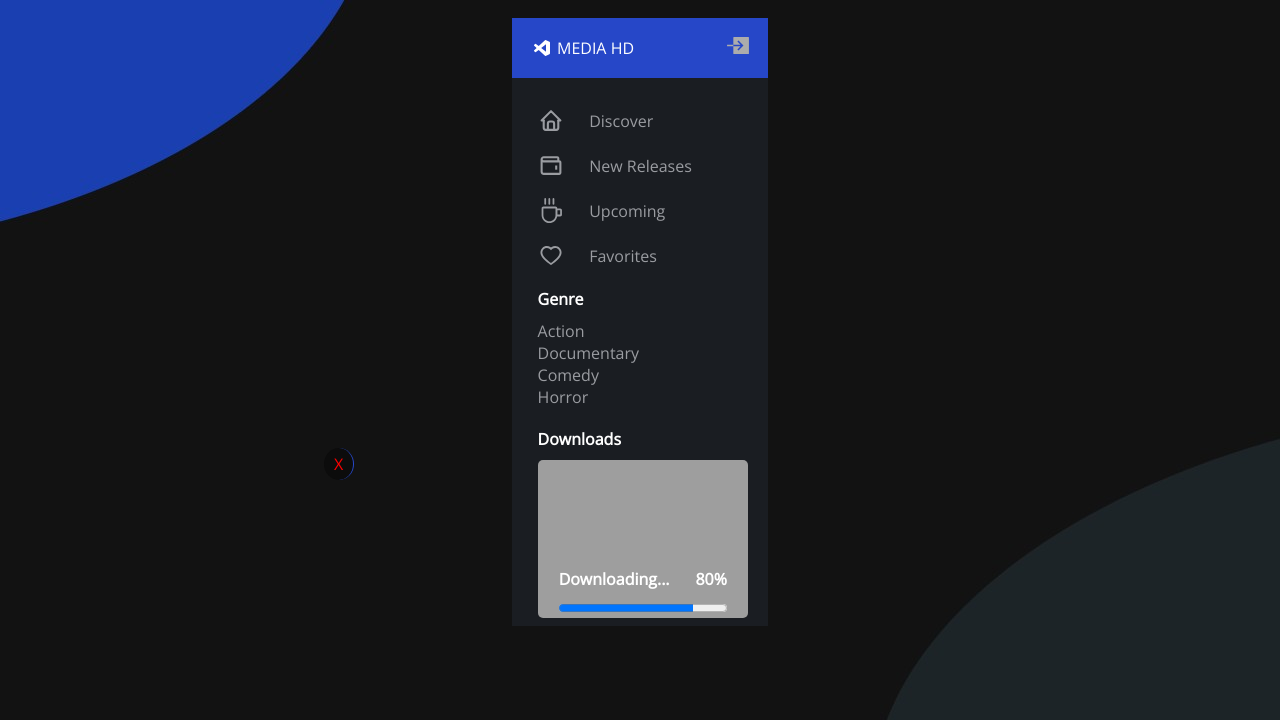
Repository: DevLaukey/movie-task
Page: /
These files come from the project's save history. The page is drawn as it stood at one moment and after the next save; the edit follows.
The browser window is 1280 px wide. The pictures show the whole page.
Pictures or frames that could not be fetched are drawn as grey boxes. The page's requests for data from a server got no answer. The project was rebuilt for these pictures with package versions that can differ from the ones it lists, and the page was loaded fresh each time. No one was signed in, and anything a server would have sent is missing. Also part of the build but not shown: src/components/Body/Movies.js, src/components/Body/Movies.css, src/components/Body/Movie.js, src/components/Body/categories/Discover.js, src/components/Body/categories/Favorites.js, src/components/Body/categories/NewReleases.js, src/components/Body/categories/Upcoming.js.

Above is the page before, as saved 2022-06-19 14:02:59.

After the next save:
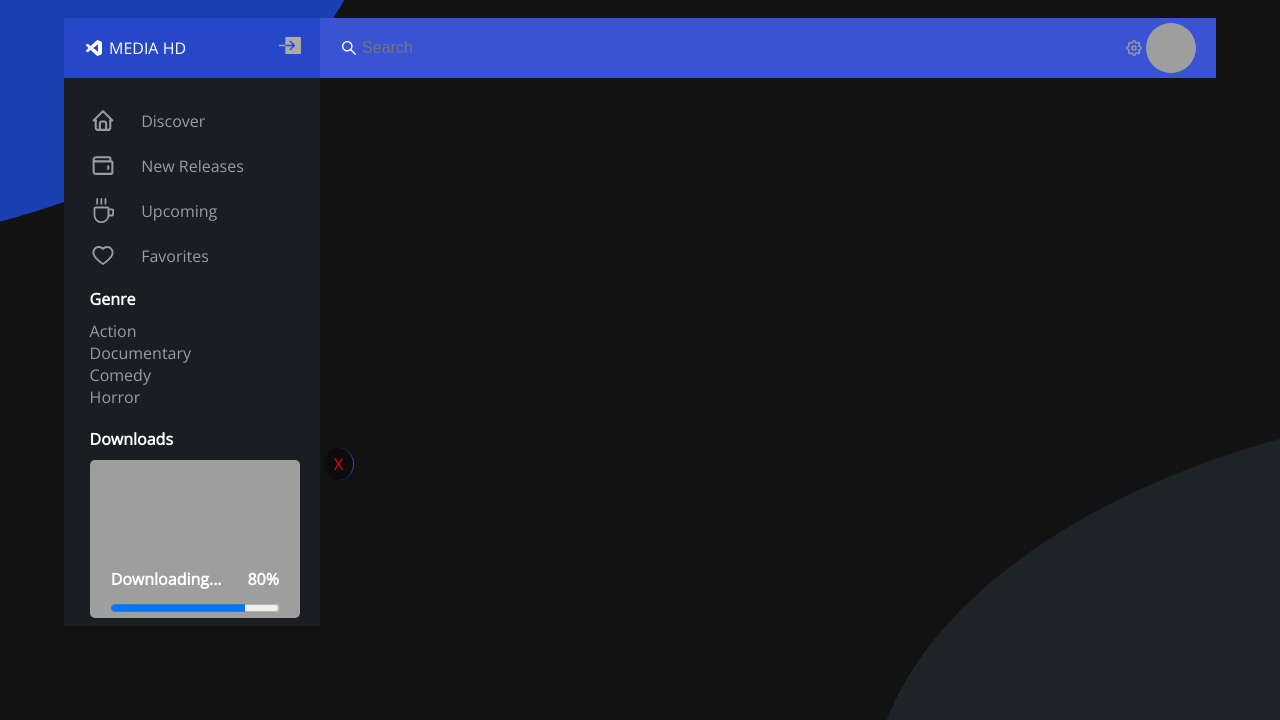
Saved 8 s later.
--- a/src/App.js
+++ b/src/App.js
@@ -28,7 +28,7 @@ function App() {
     <main className="App">
       <div className="App__container">
         <Sidebar />
-
+   <Body/>
       </div>
     </main>
   );
